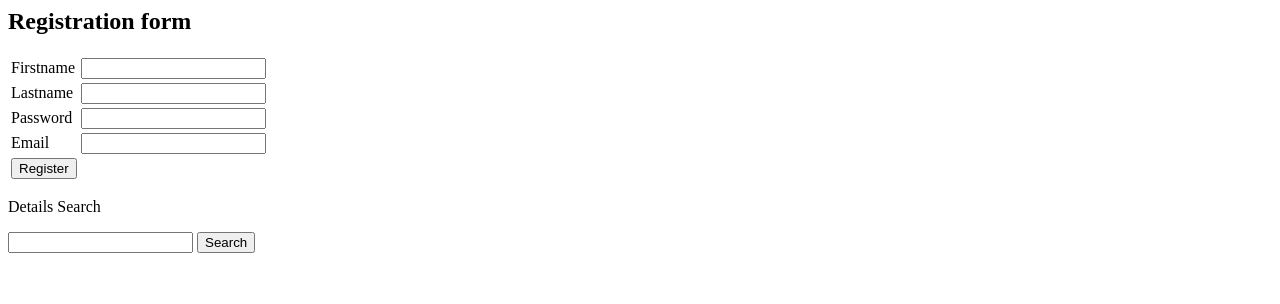
Repository: rupaponnuru/Kirana-hub
Page: kirana-hub/client/Client_kirana/register.html
These files come from the project's save history. The page is drawn as it stood at one moment and after the next save; the edit follows.
The browser window is 1280 px wide. The pictures show the whole page.
Some web libraries are served in a nearby version.

Above is the page before, as saved 2015-04-09 16:44:05.

After the next save:
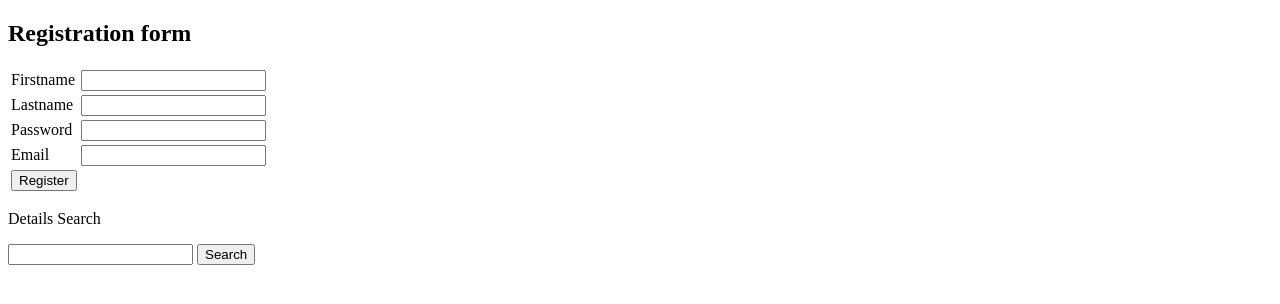
Saved 22 h 27 min later.
--- a/kirana-hub/client/Client_kirana/register.html
+++ b/kirana-hub/client/Client_kirana/register.html
@@ -1,3 +1,4 @@
+<!DOCTYPE html>
 <html>
 <head>
 <meta content="text/html;charset=utf-8" http-equiv="Content-Type">
